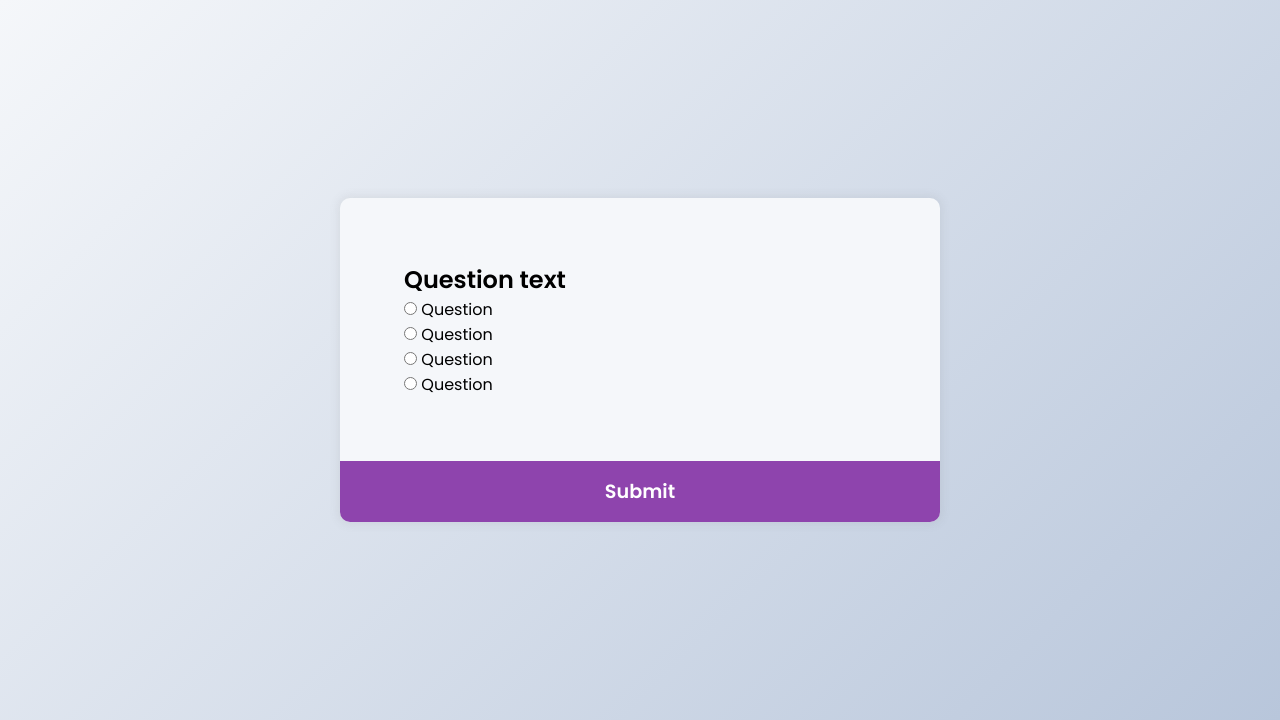
Repository: sevilgenysf/javascript-two
Page: index.html
The author's editor kept a copy of each file at every save. The page is drawn from the files as they stood at one save, then again after the next save.
The browser window is 1280 px wide. The pictures show the whole page.

Above is the page before, as saved 2022-02-27 15:23:26.

### index.html
<!DOCTYPE html>
<html lang="en">

<head>
	<meta charset="UTF-8">
	<meta http-equiv="X-UA-Compatible" content="IE=edge">
	<meta name="viewport" content="width=device-width, initial-scale=1.0">
	<link rel="stylesheet" href="./style.css">
	<script src="./index.js" defer></script>
	<title>javascript Day two</title>
</head>

<body>
	<div>
		<div class="quiz-container">
			<div class="quiz-header">
				<h2>Question text</h2>
				<ul>
					<li>
						<input type="radio" id="a" name="answer">
						<label for="a">Question</label>
					</li>
				</ul>
				<ul>
					<li>
						<input type="radio" id="b" name="answer">
						<label for="b">Question</label>
					</li>
				</ul>
				<ul>
					<li>
						<input type="radio" id="c" name="answer">
						<label for="c">Question</label>
					</li>
				</ul>
				<ul>
					<li>
						<input type="radio" id="d" name="answer">
						<label for="d">Question</label>
					</li>
				</ul>
			</div>
			<button>Submit</button>
		</div>
	</div>
</body>

</html>

### style.css
@import url('https://fonts.googleapis.com/css2?family=Poppins:wght@400;600&family=Roboto:ital,wght@0,300;0,400;0,700;1,500&display=swap');

* {
	margin: 0;
	padding: 0;
	box-sizing: border-box;
}

body {
	display: flex;
	justify-content: center;
	align-items: center;
	background-color: #b8c6db;
	background-image: linear-gradient(315deg, #b8c6db 0%, #f5f7fa 100%);
	font-family: 'Poppins', sans-serif;
	min-height: 100vh;
}

.quiz-container {
	background-color: #f5f7fa;
	width: 600px;
	border-radius: 10px;
	box-shadow: 0 0 10px 2px rgba(100, 100, 100, 0.1);
	max-width: 100%;
	overflow: hidden;
}

.quiz-header {
	padding: 4rem;
}

ul {
	list-style: none;
	padding: 0;
}

h2 {
	margin: 0;
}

button {
	background-color: #8e44ad;
	width: 100%;
	padding: 1rem;
	color: #fff;
	font-family: inherit;
	border: none;
	cursor: pointer;
	font-size: 1.2rem;
	font-weight: 600;
	transition: all 0.2s ease-in-out;
}

button:hover {
	background-color: #732d91;
}

### index.js
const quizData = [
	{
		question: 'How old are you?',
		a: '25',
		b: '26',
		c: '27',
		d: '28',
		currect: 'c'
	},
	{
		question: 'What is the most used best programing language in 2019?',
		a: 'Java',
		b: 'C',
		c: 'Python',
		d: 'JavaScript',
		currect: 'a'
	},
	{
		qwstion: 'who is he President of USA?',
		a: 'Trump',
		b: 'Obama',
		c: 'Bush',
		d: 'Clinton',
		currect: 'b'
	},
	{
		question: 'What does HTML stand for?',
		a: 'Hyper Text Markup Language',
		b: 'Cascading style sheet',
		c: 'Jason Object Notation',
		d: 'Aplication Type Markup Language',
		currect: 'a'
	},
	{
		question: 'What year was javaScript launched?',
		a: '1995',
		b: '1996',
		c: '1997',
		d: 'none of the above',
		currect: 'd'
	}
];

After the next save:
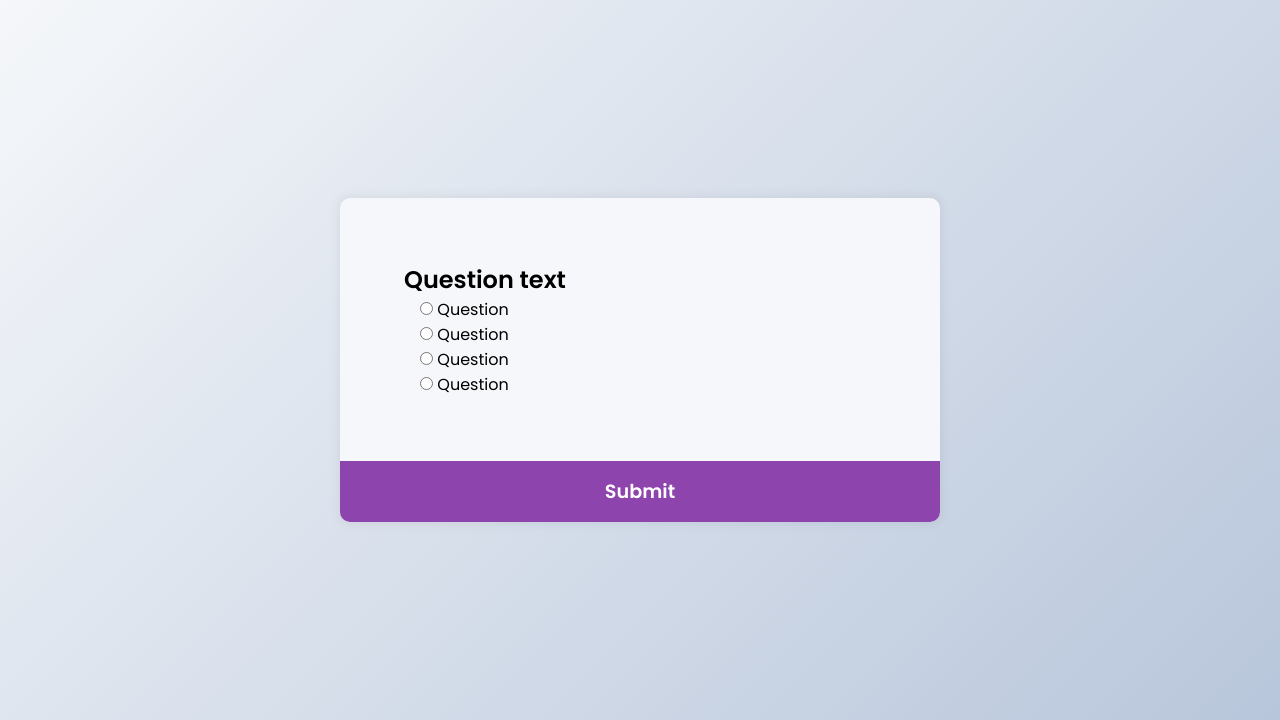
Saved 26 s later.
--- a/style.css
+++ b/style.css
@@ -34,6 +34,10 @@ ul {
 	padding: 0;
 }
 
+ul li {
+	margin: 0 1rem;
+}
+
 h2 {
 	margin: 0;
 }
